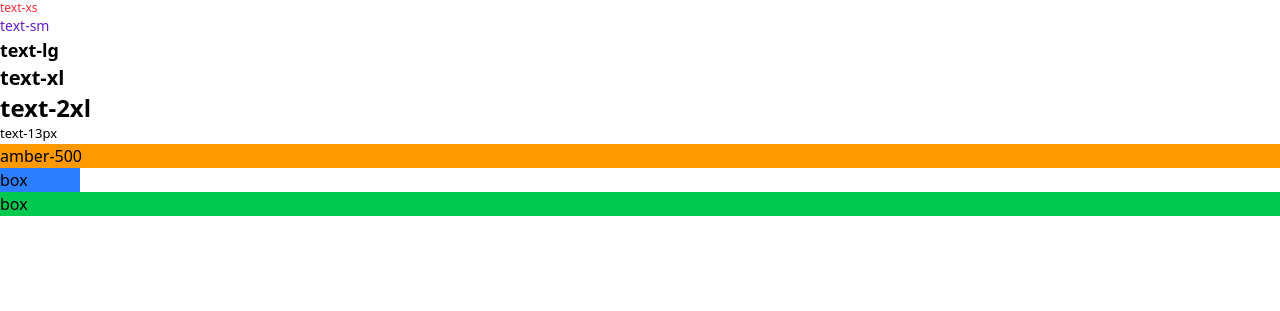
Repository: kkhhjjoo/onebite-tailwind
Page: /
An editor plug-in stored every save of this project. The page is shown before and after the next save, followed by the edit.
The browser window is 1280 px wide. The pictures show the whole page.
The project was rebuilt for these pictures with package versions that can differ from the ones it lists, and the page was loaded fresh each time. Also part of the build but not shown: vite.config.ts, src/App.css.

Above is the page before, as saved 2025-12-24 19:43:57.

After the next save:
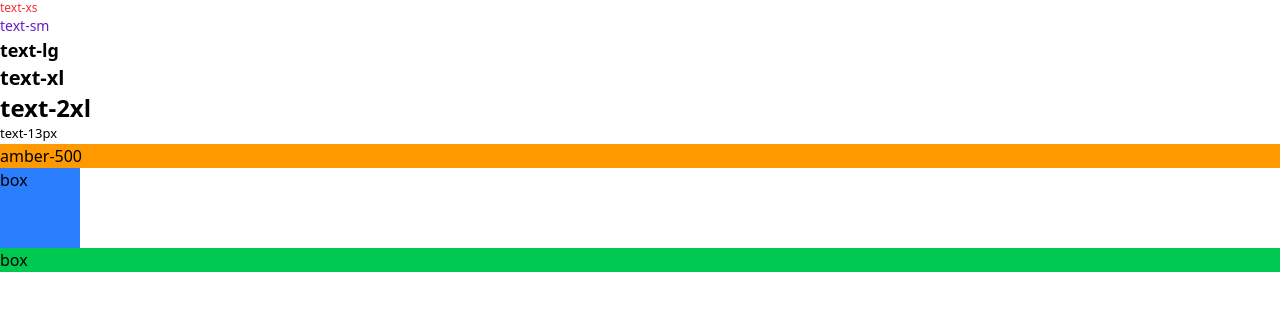
Saved 53 s later.
--- a/src/App.tsx
+++ b/src/App.tsx
@@ -15,7 +15,7 @@ function App() {
       <div className="bg-amber-500">amber-500</div>
 
       {/* 3. 사이즈 */}
-      <div className="w-20 bg-blue-500">box</div>
+      <div className="h-20 w-20 bg-blue-500">box</div>
       <div className="w-full bg-green-500">box</div>
     </div>
   );
